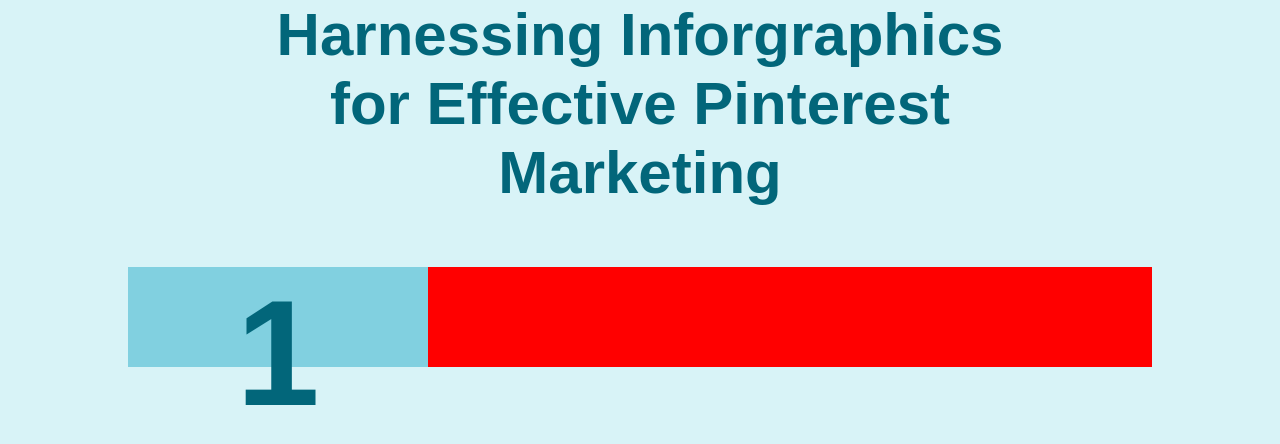
Repository: ayushrajput545/InforGraphic-page
Page: index.html
An editor plug-in stored every save of this project. The page is shown before and after the next save, followed by the edit.
The browser window is 1280 px wide. The pictures show the whole page.
Some web fonts or font styles are not loaded; a fallback is used.

Above is the page before, as saved 2025-04-01 21:52:42.

After the next save:
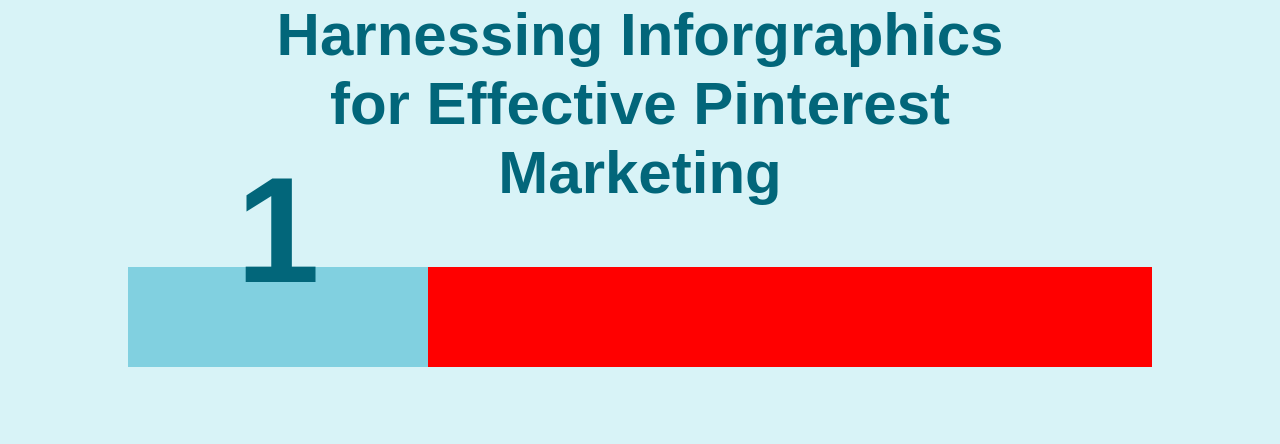
Saved 5 s later.
--- a/style.css
+++ b/style.css
@@ -43,6 +43,6 @@
     color: #02667a;
     position: absolute;
     z-index: 2;
-    bottom: 1;
+    bottom: 50px;
 
 }
